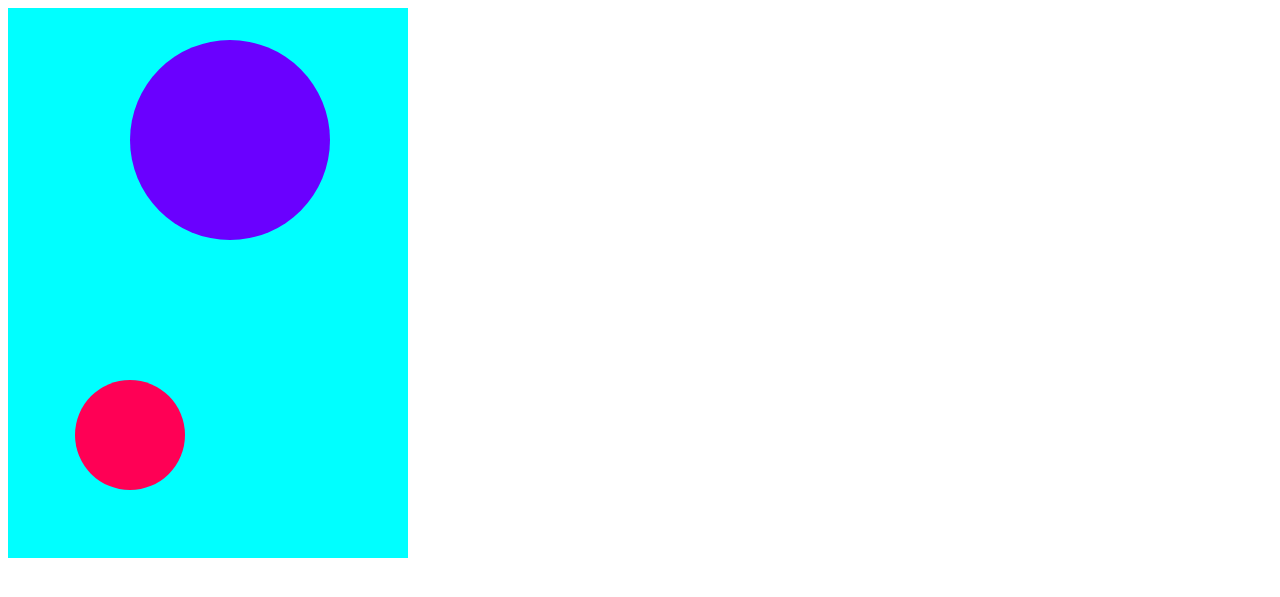
Repository: sara55m/Counter_App
Page: index.html
These files come from the project's save history. The page is drawn as it stood at one moment and after the next save; the edit follows.
The browser window is 1280 px wide. The pictures show the whole page.

Above is the page before, as saved 2024-07-30 01:40:00.

After the next save:
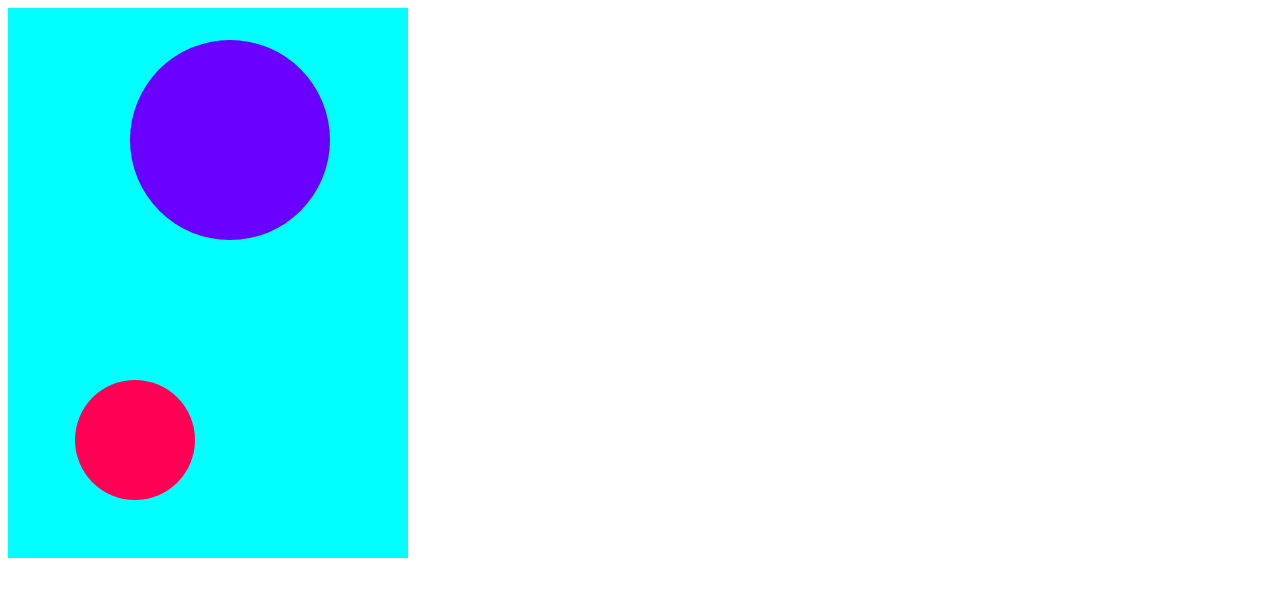
Saved 36 s later.
--- a/css/style.css
+++ b/css/style.css
@@ -19,8 +19,8 @@
     position:absolute;
     top:380px;
     left:75px;
-    height:110px;
-    width:110px;
+    height:120px;
+    width:120px;
     border-radius: 50%;
     background-color: rgb(255, 0, 85);
 }
